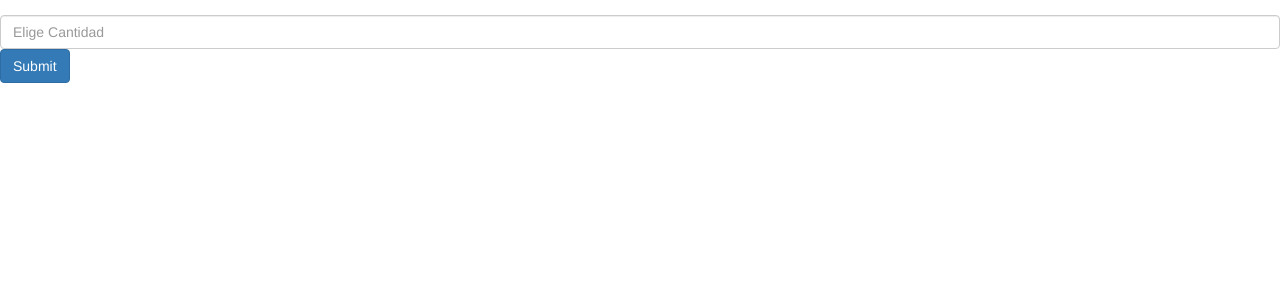
Repository: daniddm/TrabajaDawEcommerce
Page: http://localhost/Ecommerce_SanTierno/carrito.jsp
The author's editor kept a copy of each file at every save. The page is drawn from the files as they stood at one save, then again after the next save.
The browser window is 1280 px wide. The pictures show the whole page.
The page is served by Tomcat 9.

Above is the page before, as saved 2021-12-05 08:09:42.

After the next save:
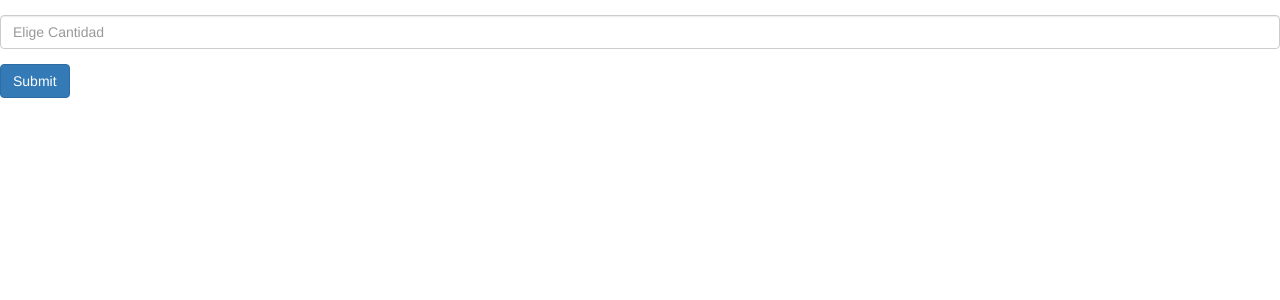
Saved 10 s later.
--- a/Ecommerce_SanTierno/WebContent/carrito.jsp
+++ b/Ecommerce_SanTierno/WebContent/carrito.jsp
@@ -19,7 +19,7 @@
 	  <div class="form-group">
 
 	  </div>
-	  <div class="form-check">
+	  <div class="form-group">
 	   <input type="number" class="form-control" id="cantidad" name="cantidad" placeholder="Elige Cantidad">
 	  </div>
 	  <button type="submit" class="btn btn-primary">Submit</button>
